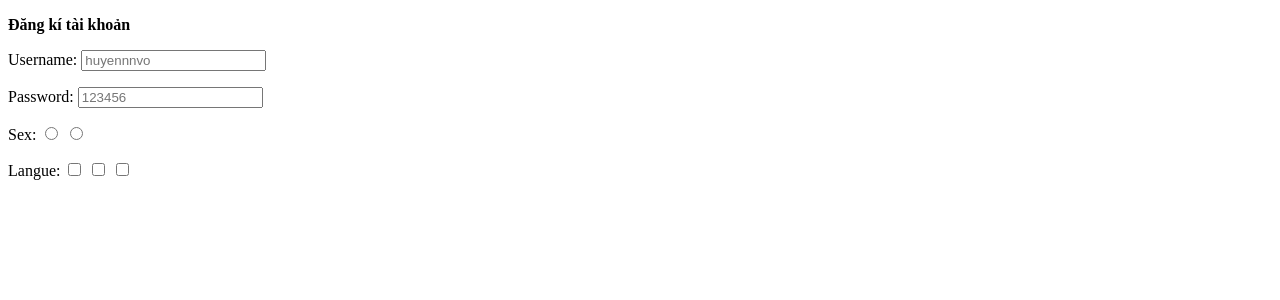
Repository: huyennvo/ptcudw
Page: lesson2/form.html
These files come from the project's save history. The page is drawn as it stood at one moment and after the next save; the edit follows.
The browser window is 1280 px wide. The pictures show the whole page.

Above is the page before, as saved 2022-08-08 09:28:02.

After the next save:
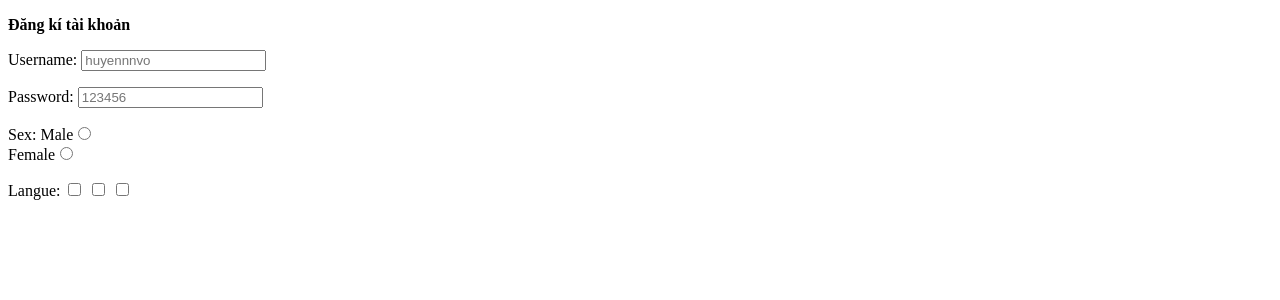
Saved 22 s later.
--- a/lesson2/form.html
+++ b/lesson2/form.html
@@ -16,8 +16,9 @@
     </p>
     <p>
         Sex:
-        <input type="radio" name="sex" id="" value="Male">
-        <input type="radio" name="sex" id="" value="Female">
+        Male<input type="radio" name="sex" id="" value="Male">
+        <br>
+        Female<input type="radio" name="sex" id="" value="Female">
     </p>
     <p>
         Langue:
